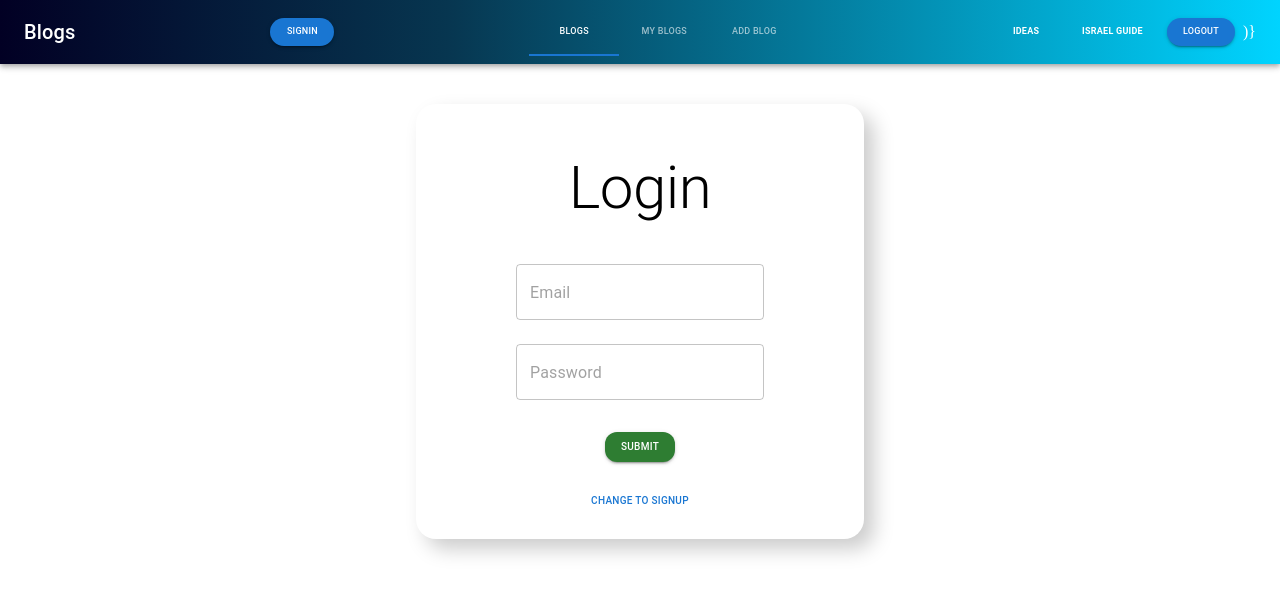
Repository: LolaSL/myBlogs
Page: /auth (app in frontend/)
These files come from the project's save history. The page is drawn as it stood at one moment and after the next save; the edit follows.
The browser window is 1280 px wide. The pictures show the whole page.
The project was rebuilt for these pictures with package versions that can differ from the ones it lists, and the page was loaded fresh each time. Also part of the build but not shown: frontend/src/components/Blog.jsx, frontend/src/components/Blogs.jsx, frontend/src/components/UserBlog.jsx, frontend/src/components/BlogDetails.jsx, frontend/src/components/AddBlog.jsx, frontend/src/pages/HotelTips.jsx, frontend/src/pages/TouristTips.jsx, frontend/src/pages/Journey.jsx and 7 more. Imported but missing from the stored project, and not drawn on this page: frontend/src/components/videos/video.webm.

Above is the page before, as saved 2024-04-11 15:34:13.

### frontend/public/index.html
<!DOCTYPE html>
<html lang="en">
  <head>
    <meta charset="utf-8" />
    <link rel="icon" href="%PUBLIC_URL%/favicon.ico" />
    <meta name="viewport" content="width=device-width, initial-scale=1" />
    <meta name="theme-color" content="#000000" />
    <meta
      name="description"
      content="Web site created using create-react-app"
    />
    <link rel="apple-touch-icon" href="%PUBLIC_URL%/logo192.png" />
    <!--
      manifest.json provides metadata used when your web app is installed on a
      user's mobile device or desktop. See https://developers.google.com/web/fundamentals/web-app-manifest/
    -->
    <link rel="manifest" href="%PUBLIC_URL%/manifest.json" />
    <!--
      Notice the use of %PUBLIC_URL% in the tags above.
      It will be replaced with the URL of the `public` folder during the build.
      Only files inside the `public` folder can be referenced from the HTML.

      Unlike "/favicon.ico" or "favicon.ico", "%PUBLIC_URL%/favicon.ico" will
      work correctly both with client-side routing and a non-root public URL.
      Learn how to configure a non-root public URL by running `npm run build`.
    -->
    <link href="https://fonts.googleapis.com/css2?family=Montserrat&display=swap" rel="stylesheet">
    <title>React App</title>
  </head>
  <body>
    <noscript>You need to enable JavaScript to run this app.</noscript>
    <div id="root"></div>
    <!--
      This HTML file is a template.
      If you open it directly in the browser, you will see an empty page.

      You can add webfonts, meta tags, or analytics to this file.
      The build step will place the bundled scripts into the <body> tag.

      To begin the development, run `npm start` or `yarn start`.
      To create a production bundle, use `npm run build` or `yarn build`.
    -->
  </body>
</html>

### frontend/src/index.js
import React from 'react';
import ReactDOM from 'react-dom/client';
import './index.css';
import App from './App';
import reportWebVitals from './reportWebVitals';
import { BrowserRouter } from 'react-router-dom';
import { Provider } from 'react-redux';
import { store } from './store'
import 'react-toastify/dist/ReactToastify.css'



const root = ReactDOM.createRoot(document.getElementById('root'));
root.render(
  <React.StrictMode>
    <BrowserRouter>
      <Provider store={store}>
        <App />
      </Provider>
      </BrowserRouter>
  </React.StrictMode>
);

// If you want to start measuring performance in your app, pass a function
// to log results (for example: reportWebVitals(console.log))
// or send to an analytics endpoint. Learn more: https://bit.ly/CRA-vitals
reportWebVitals();

### frontend/src/index.css

* {
  margin: 0;
}
.pagination {
  display: flex;
  justify-content: center;
  list-style: none;
  padding: 0;
  margin: 10px;
}

.page-item {
  margin: 0 5px;
}

.page-link {
  display: inline-block;
  padding: 5px 10px;
  background-color: #007bff;
  color: #fff;
  border: 1px solid #007bff;
  border-radius: 5px;
  text-decoration: none;
  cursor: pointer;
}

.page-link:hover {
  background-color: #0056b3;
  color: #fff;
}

### frontend/src/App.js
import React, { useEffect } from 'react';
import Header from './components/Header';
import { Route, Routes } from 'react-router-dom';
import Auth from './components/Auth.jsx';
import Blogs from './components/Blogs.jsx';
import UserBlogs from './components/UserBlog.jsx';
import BlogDetails from './components/BlogDetails.jsx';
import AddBlog from './components/AddBlog.jsx';
import { useDispatch, useSelector } from 'react-redux';
import { authActions } from './store';
import HotelTips from './pages/HotelTips.jsx';
import TouristTips from './pages/TouristTips.jsx';
import Journey from './pages/Journey.jsx';
import CompliteGuide from './pages/CompliteGuide.jsx';
import BestTimeToVisit from './pages/BestTime.jsx';
import WheatherAndClimate from './pages/WeatherAndClimate.jsx';
import ReasonToVisitIsrael from './pages/ReasonTovisitIstael.jsx';
import Airport from './pages/Airport.jsx'
import FashionStyle from './pages/FashionStyle.jsx';
import { ToastContainer } from 'react-toastify';
import HealthRecipes from './pages/HealthRecipes.jsx'



function App() {
  const dispatch = useDispatch();
  const isLoggedIn = useSelector(state => state.isLoggedIn);
  console.log(isLoggedIn)
  useEffect(() => {

    if (localStorage.getItem("userId"))
      dispatch(authActions.login())
  }, [dispatch])

  return (
    <React.Fragment>
      <header>
        <Header />
      </header>
      <main>
        <Routes>

          <Route path="/health-dinner-recipes" element={<HealthRecipes />} />
          <Route path="/fashion-style" element={<FashionStyle />} />
          <Route path="/airport" element={<Airport />} />
          <Route path="/reasons-to-visit-israel" element={<ReasonToVisitIsrael />} />
          <Route path="/wheather-and-climate" element={<WheatherAndClimate />} />
          <Route path="/best-time-to-visit" element={<BestTimeToVisit />} />
          <Route path="/slide" element={<CompliteGuide />} />
          <Route path="/journey" element={<Journey />} />
          <Route path="/tips" element={<TouristTips />} />
          <Route path="/hotel-tips" element={<HotelTips />} />
          {!isLoggedIn ? <Route path="/auth" element={<Auth />} /> :
            <>
              <Route path="/blogs" element={<Blogs />} />
              <Route path="/blogs/add" element={<AddBlog />} />
              <Route path="/myBlogs" element={<UserBlogs />} />
              <Route path="/myBlogs/:id" element={<BlogDetails />} />
            </>
          }

        </Routes>
        <ToastContainer position="bottom-center" limit={1} autoClose={3000} />
      </main>

    </React.Fragment>
  );
}

export default App;

### frontend/src/store/index.js
import { configureStore, createSlice } from '@reduxjs/toolkit';

const authSlice = createSlice({
    name: 'auth',
    initialState: { isLoggedIn: false },
    reducers: {
        login(state) {
            state.isLoggedIn = true;
        },
        logout(state) {
            localStorage.removeItem("userId")
            state.isLoggedIn = false;
        }
    }
});
export const authActions = authSlice.actions
export const store = configureStore({
    reducer: authSlice.reducer
})

### frontend/src/components/Header.jsx
import React, { useState } from "react";
import {
  AppBar,
  Toolbar,
  Typography,
  Box,
  Button,
  Tabs,
  Tab,
  useMediaQuery,
  useTheme,
  Drawer,
  List,
  ListItem,
  ListItemText,
} from "@mui/material";
import { Link } from "react-router-dom";
import { useSelector, useDispatch } from "react-redux";
import { authActions } from "../store";
import useStyles from "./utils";
import Guide from "./Guide";
import Ideas from "./Ideas";
import { toast } from "react-toastify";
import "react-toastify/dist/ReactToastify.css";

const Header = () => {
  const classes = useStyles();
  const dispatch = useDispatch();
  const isLoggedIn = useSelector((state) => state.isLoggedIn);
  const [value, setValue] = useState(0);
  const [menuOpen, setMenuOpen] = useState(false);

  const theme = useTheme();

  const isSmallScreen = useMediaQuery(theme.breakpoints.down("sm"));

  const toggleMenu = () => {
    setMenuOpen(!menuOpen);
  };

  const handleLogout = () => {
    dispatch(authActions.logout());
    toast.success("Logged out successfully!");
  };

  return (
    <AppBar
      position="sticky"
      sx={{
        background:
          "linear-gradient(90deg, rgba(2,0,36,1) 0%, rgba(7,54,80,1) 35%, rgba(0,212,255,1) 100%)",
        top: 0,
      }}
    >
      <Toolbar>
        <Typography className={classes.font} variant="h6">
          Blogs
        </Typography>
        {/* {!isLoggedIn && ( */}
          <Box
            fontSize="9px"
            position="right"
            marginLeft={"auto"}
            marginRight={"4"}
          >
            <Button
              display="flex"
              className={classes.font}
              LinkComponent={Link}
              to="/auth"
              variant="contained"
              sx={{ margin: 1, borderRadius: 10, fontSize: "9px" }}
              color="primary"
            >
              SignIn
            </Button>
          </Box>
        {/* )} */}
        {/* {isLoggedIn && ( */}
          <>
            <Box
              fontSize="9px"
              display="flex"
              marginLeft={"auto"}
              marginRight={"auto"}
            >
              {isSmallScreen ? (
                <>
                  <Ideas />
                  <Guide />
                  <Button
                    className={classes.font}
                    onClick={toggleMenu}
                    variant="text"
                    sx={{ margin: 1, borderRadius: 10, fontSize: "9px", color: "white" }}
                  >
                    Menu
                  </Button>
                </>
              ) : (
                <Tabs
                  sx={{ fontSize: "9px" }}
                  textColor="inherit"
                  value={value}
                  onChange={(e, val) => setValue(val)}
                >
                  <Tab
                    sx={{ fontSize: "9px" }}
                    className={classes.font}
                    LinkComponent={Link}
                    to="/blogs"
                    label="Blogs"
                  />
                  <Tab
                    sx={{ fontSize: "9px" }}
                    className={classes.font}
                    LinkComponent={Link}
                    to="/myBlogs"
                    label="My Blogs"
                  />
                  <Tab
                    sx={{ fontSize: "9px" }}
                    className={classes.font}
                    LinkComponent={Link}
                    to="/blogs/add"
                    label="Add Blog"
                  />
                </Tabs>
              )}
            </Box>

            {isSmallScreen && (
              <Drawer anchor="right" open={menuOpen} onClose={toggleMenu}>
                <List>
                  <ListItem component={Link} to="/blogs">
                    <ListItemText primary="Blogs" />
                  </ListItem>
                  <ListItem component={Link} to="/myBlogs">
                    <ListItemText primary="My Blogs" />
                  </ListItem>
                  <ListItem component={Link} to="/blogs/add">
                    <ListItemText primary="Add Blog" />
                  </ListItem>
                  <ListItem onClick={toggleMenu}>
                    <ListItemText primary="Close" />
                  </ListItem>
                </List>
              </Drawer>
            )}

            {!isSmallScreen && (
              <>
                <Ideas /> <Guide />
              </>
            )}
            <Button
              className={classes.font}
              onClick={handleLogout}
              LinkComponent={Link}
              to="/auth"
              variant="contained"
              sx={{ margin: 1, borderRadius: 10, fontSize: "9px" }}
              color="primary"
            >
              LogOut
            </Button>
          </>
        )}
     </Toolbar>
    </AppBar>
  );
 };

export default Header;

### frontend/src/components/Auth.jsx
import React, { useState } from "react";
import { Box, Button, TextField, Typography } from "@mui/material";
import axios from "axios";
import { authActions } from '../store';
import { useDispatch } from 'react-redux';
import { useNavigate } from "react-router-dom";
import useStyles from "./utils";
import { toast } from 'react-toastify';
import { getError } from '../errors.js';


const Auth = () => {
  const classes = useStyles();
  const navigate = useNavigate();
  const dispatch = useDispatch();
  const [inputs, setInputs] = useState({
    name: "",
    email: "",
    password: "",
  });

  const [isSignUp, setIsSignUp] = useState(false);

  const handleChange = (e) => {
    setInputs((prevState) => ({
      ...prevState,
      [e.target.name]: e.target.value,
    }));
  };

  const sendRequest = async (type = "login") => {
    try {
      const res = await axios.post(`http://localhost:5050/api/user/${type}`, {
        name: inputs.name,
        email: inputs.email,
        password: inputs.password,
      });

      const data = res.data;
      if (type === 'signup') {
        toast.success('Signup successful!');
      } else {
        toast.success('Login successful!');
      }
      localStorage.setItem('userId', data.user._id);
      dispatch(authActions.login());
      navigate("/blogs");
    } catch (error) {
      toast.error(getError(error));
    }
  };

  const handleSubmit = (e) => {
    e.preventDefault();
    if (isSignUp) {
      sendRequest("signup");
    } else {
      sendRequest();
    }
  };

  return (
    <div>
      <form onSubmit={handleSubmit}>
        <Box
          maxWidth={400}
          display="flex"
          flexDirection={"column"}
          alignItems="center"
          justifyContent={"center"}
          boxShadow="10px 10px 20px #ccc"
          padding={3}
          margin="auto"
          marginTop={5}
          borderRadius={5}
        >
          <Typography className={classes.font} variant="h2" padding={3} textAlign="center">
            {isSignUp ? "Signup" : "Login"}
          </Typography>
          {isSignUp && (
            <TextField
              className={classes.font}
              name="name"
              onChange={handleChange}
              margin="normal"
              value={inputs.name}
              placeholder="Name"
            />
          )}
          <TextField
            className={classes.font}
            name="email"
            onChange={handleChange}
            margin="normal"
            value={inputs.email}
            placeholder="Email"
            type={"email"}
          />
          <TextField
            className={classes.font}
            name="password"
            onChange={handleChange}
            margin="normal"
            value={inputs.password}
            placeholder="Password"
            type={"password"}
          />
          <Button
            className={classes.font}
            type="submit"
            variant="contained"
            sx={{ borderRadius: 3, marginTop: 3, fontSize: "10px" }}
            color="success"
          >
            Submit
          </Button>
          <Button
            className={classes.font}
            sx={{ borderRadius: 3, marginTop: 3, fontSize: "10px" }}
            color="primary"
            onClick={(e) => setIsSignUp(!isSignUp)}
          >
            Change to {isSignUp ? "Login" : "Signup"}
          </Button>
        </Box>
      </form>
      {/* <ToastContainer/> */}
    </div>
  );
};

export default Auth;

### frontend/src/components/utils.js
import { styled, useTheme } from '@mui/system';

const useStyles = () => {
  const theme = useTheme();

  return styled({
    typography: {
      fontFamily: ['"Montserrat"', 'Open Sans'].join(',')
    },
    container: {
      paddingTop: theme.spacing(4),
      paddingBottom: theme.spacing(4),
    },
    heading: {
      fontSize: "2rem",
      fontWeight: "lighter",
      textAlign: "center",
      marginTop: theme.spacing(4),
      marginBottom: theme.spacing(4),
      padding: theme.spacing(2),
    },
    section: {
      marginTop: theme.spacing(4),
      marginBottom: theme.spacing(4),
      padding: theme.spacing(2),
    },
    article: {
      fontWeight: "lighter",
      textAlign: "justify",
    },
  });
};
export default useStyles;

### frontend/src/components/Guide.jsx
import React, { useState } from "react";
import useStyles from "./utils";
import { Menu, MenuItem, Button } from "@mui/material";
import { Link } from "react-router-dom";

const Guide = () => {
  const classes = useStyles();
  const [isMenuOpen, setIsMenuOpen] = useState(false);
  const [anchorEl, setAnchorEl] = useState(null);

  const toggleMenu = () => {
    setIsMenuOpen(!isMenuOpen);
    setAnchorEl(null);
  };

  const openMenu = (event) => {
    setAnchorEl(event.currentTarget);
  };

  return (
    <div>
      <Button
        color="info"
        className={classes.font}
        onClick={openMenu}
        sx={{
          color: "white",
          fontWeight: "bold",
          fontSize: "9px",
          margin: 1,
          borderRadius: 6,
          display: "flex",
          justifyContent: "flex",

        }}

      >
       Israel Guide
      </Button>
      <Menu
        anchorEl={anchorEl}
        open={Boolean(anchorEl)}
        onClose={() => setAnchorEl(null)}
        anchorOrigin={{
          vertical: "bottom",
          horizontal: "right",
        }}
        transformOrigin={{
          vertical: "top",
          horizontal: "right",
        }}
      >
        {" "}
        <MenuItem
          className={classes.font}
          onClick={toggleMenu}
          component={Link}
          to="/slide"
        >
          Top destinations
        </MenuItem>
        <MenuItem
          className={classes.font}
          onClick={toggleMenu}
          component={Link}
          to="/best-time-to-visit"
        >
          The best time to visit
        </MenuItem>
        <MenuItem
          className={classes.font}
          onClick={toggleMenu}
          component={Link}
          to="/wheather-and-climate"
        >
          Wheather & Climate
        </MenuItem>
        <MenuItem
          className={classes.font}
          onClick={toggleMenu}
          component={Link}
          to="/reasons-to-visit-israel"
        >
          Reasons to visit Israel
        </MenuItem>
        <MenuItem
          className={classes.font}
          onClick={toggleMenu}
          component={Link}
          to="/airport"
        >
          Ben Gurion Aeroport
        </MenuItem>
      </Menu>
    </div>
  );
};

export default Guide;

### frontend/src/components/Ideas.jsx
import React, { useState } from "react";
import useStyles from "./utils";
import { Menu, MenuItem, Button } from "@mui/material";
import { Link } from "react-router-dom";

const Ideas = () => {
  const classes = useStyles();
  const [isMenuOpen, setIsMenuOpen] = useState(false);
  const [anchorEl, setAnchorEl] = useState(null);

  const toggleMenu = () => {
    setIsMenuOpen(!isMenuOpen);
    setAnchorEl(null);
  };

  const openMenu = (event) => {
    setAnchorEl(event.currentTarget);
  };

  return (
    <div>
      <Button
        className={classes.font}
        onClick={openMenu}
        sx={{
          color: "white",
          fontWeight: "bold",
          fontSize: "9px",
          margin: 1,
          borderRadius: 6,
          display: "flex",
          justifyContent: "flex",
        }}
      >
        Ideas
      </Button>
      <Menu
        anchorEl={anchorEl}
        open={Boolean(anchorEl)}
        onClose={() => setAnchorEl(null)}
        anchorOrigin={{
          vertical: "bottom",
          horizontal: "right",
        }}
        transformOrigin={{
          vertical: "top",
          horizontal: "right",
        }}
      >
        <MenuItem
          className={classes.font}
          onClick={toggleMenu}
          component={Link}
          to="/journey"
        >
          Find your next trip and destination
        </MenuItem>
        <MenuItem
          className={classes.font}
          onClick={toggleMenu}
          component={Link}
          to="/tips"
        >
          The best tourist tips
        </MenuItem>
        <MenuItem
          className={classes.font}
          onClick={toggleMenu}
          component={Link}
          to="/hotel-tips"
        >
          Tips to find a hotel
        </MenuItem>
        <MenuItem
          className={classes.font}
          onClick={toggleMenu}
          component={Link}
          to="/fashion-style"
        >
          Fashion and Style
        </MenuItem>
        <MenuItem
          className={classes.font}
          onClick={toggleMenu}
          component={Link}
          to="/health-dinner-recipes"
        >
          A few recipes for healthier dinner
        </MenuItem>
      </Menu>
    </div>
  );
};

export default Ideas;

Loaded but not shown: frontend/src/reportWebVitals.js (common file); frontend/src/errors.js (common file)

After the next save:
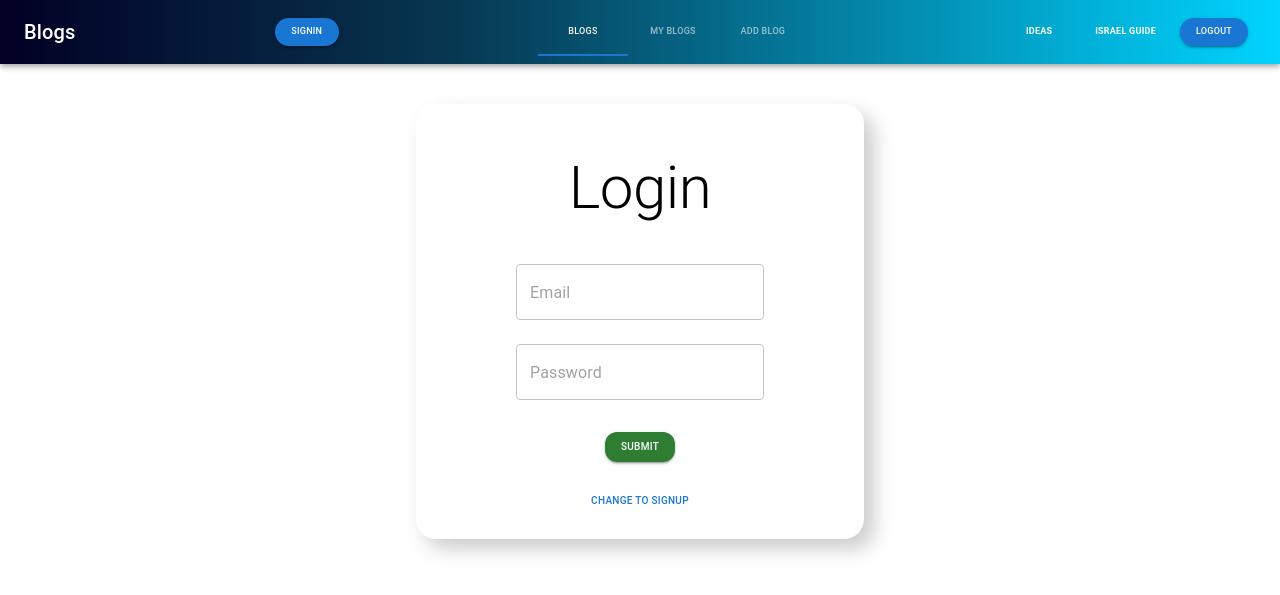
Saved 7 s later.
--- a/frontend/src/components/Header.jsx
+++ b/frontend/src/components/Header.jsx
@@ -165,7 +165,7 @@ const Header = () => {
               LogOut
             </Button>
           </>
-        )}
+        {/* )} */}
      </Toolbar>
     </AppBar>
   );
